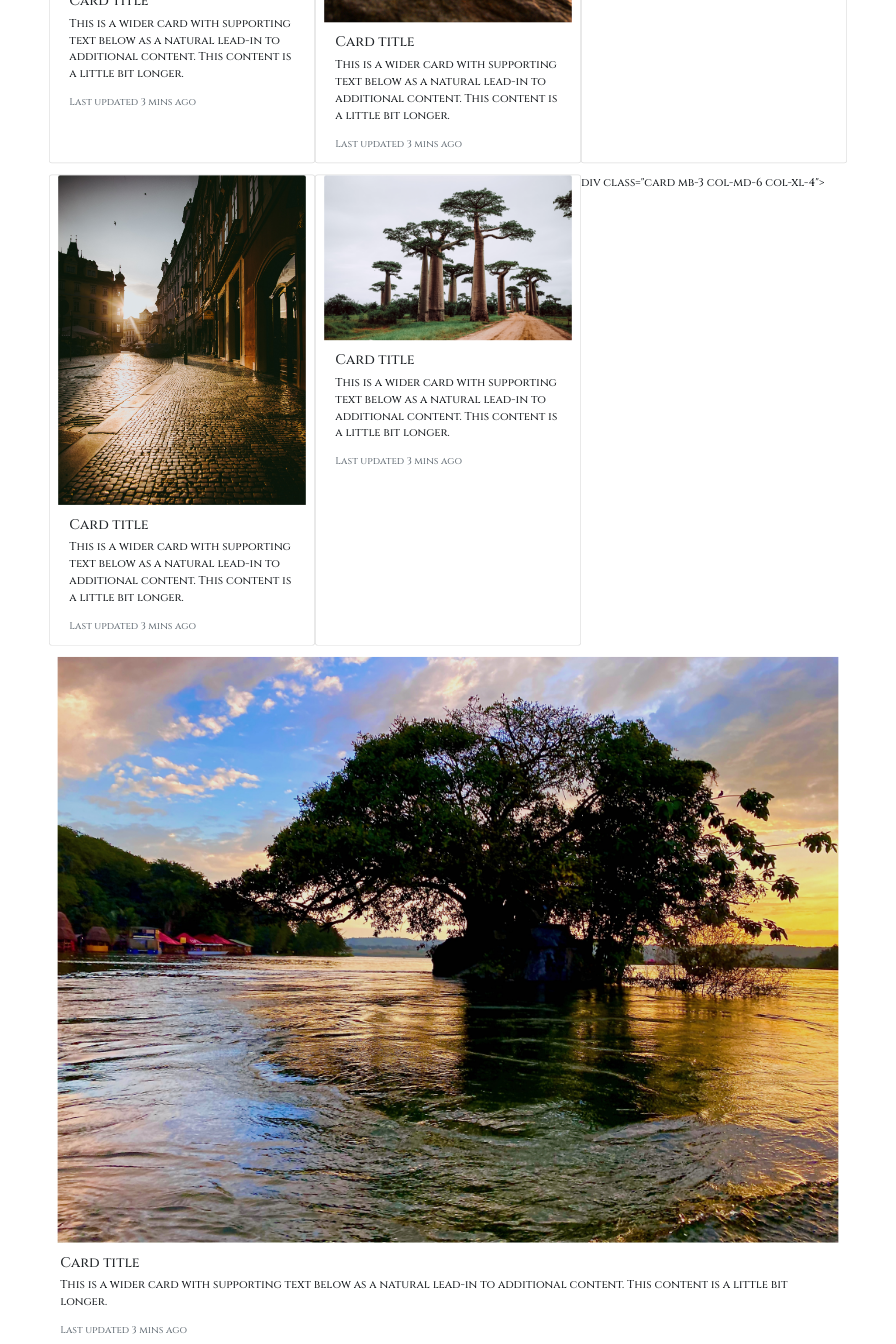
Repository: Elie-Dey/boot-start
Page: gallery.html
The author's editor kept a copy of each file at every save. The page is drawn from the files as they stood at one save, then again after the next save.
The browser window is 1280 px wide. The pictures show the part of the page from y = 685 to 2605 px (the page is 2906 px tall before and 1976 px after), at 70% of full size.
Some web fonts or font styles are not loaded; a fallback is used.

Above is the page before, as saved 2021-08-19 19:01:43.

### gallery.html
<!DOCTYPE html>
<html lang="en">
  <head>
    <meta charset="UTF-8" />
    <meta http-equiv="X-UA-Compatible" content="IE=edge" />
    <meta name="viewport" content="width=device-width, initial-scale=1.0" />
    <link rel="stylesheet" href="style.css" />
    <link rel="preconnect" href="https://fonts.googleapis.com" />
    <link rel="preconnect" href="https://fonts.gstatic.com" crossorigin />
    <link
      href="https://fonts.googleapis.com/css2?family=Cinzel:wght@500&family=Style+Script&display=swap"
      rel="stylesheet"
    />
    <link
      href="https://cdn.jsdelivr.net/npm/bootstrap@5.1.0/dist/css/bootstrap.min.css"
      rel="stylesheet"
      integrity="sha384-KyZXEAg3QhqLMpG8r+8fhAXLRk2vvoC2f3B09zVXn8CA5QIVfZOJ3BCsw2P0p/We"
      crossorigin="anonymous"
    />
    <title>Nature gallery</title>
  </head>
  <body>
    <div class="container">
      <h1 class="titre text-center pb-2 text-uppercase">
        Nature Feeling Gallery
      </h1>
      <!--bar de navigation -->
      <nav class="navbar navbar-expand-lg navbar-dark bg-black mb-3">
        <div class="container-fluid">
          <a class="navbar-brand" href="index.html">MON LOGO</a>
          <button
            class="navbar-toggler"
            type="button"
            data-bs-toggle="collapse"
            data-bs-target="#navbarSupportedContent"
            aria-controls="navbarSupportedContent"
            aria-expanded="false"
            aria-label="Toggle navigation"
          >
            <span class="navbar-toggler-icon"></span>
          </button>
          <div class="collapse navbar-collapse" id="navbarSupportedContent">
            <ul class="navbar-nav me-auto mb-2 mb-lg-0">
              <li class="nav-item">
                <a class="nav-link active" aria-current="page" href="#">Home</a>
              </li>
              <li class="nav-item">
                <a class="nav-link" href="#">Nature</a>
              </li>

              <li class="nav-item">
                <a class="nav-link" href="#" tabindex="-1" aria-disabled="true"
                  >About</a
                >
              </li>
            </ul>
            <form class="d-flex">
              <input
                class="form-control me-2"
                type="search"
                placeholder="Search"
                aria-label="Search"
              />
              <button class="btn btn-outline-success" type="submit">
                Search
              </button>
            </form>
          </div>
        </div>
      </nav>
      <!--bar de navigation -->

      <div class="row">
        <!--Images cards-->
        <div class="card mb-3 col-md-6 col-xl-4">
          <img
            src="images/ahmed-babiker-X8U9Hzxy7cE-unsplash.jpg"
            class="card-img-top"
            alt="..."
          />
          <div class="card-body">
            <h5 class="card-title">Card title</h5>
            <p class="card-text">
              This is a wider card with supporting text below as a natural
              lead-in to additional content. This content is a little bit
              longer.
            </p>
            <p class="card-text">
              <small class="text-muted">Last updated 3 mins ago</small>
            </p>
          </div>
        </div>
        <div class="card mb-3 col-md-6 col-xl-4">
          <img
            src="images/florian-wehde-_2ECGFr12LM-unsplash.jpg"
            class="card-img-top"
            alt="..."
          />
          <div class="card-body">
            <h5 class="card-title">Card title</h5>
            <p class="card-text">
              This is a wider card with supporting text below as a natural
              lead-in to additional content. This content is a little bit
              longer.
            </p>
            <p class="card-text">
              <small class="text-muted">Last updated 3 mins ago</small>
            </p>
          </div>
        </div>
        <div class="card mb-3 col-md-6 col-xl-4">
          <img
            src="images/vince-veras-4xzIo1d5esI-unsplash.jpg"
            class="card-img-top"
            alt="..."
          />
          <div class="card-body">
            <h5 class="card-title">Card title</h5>
            <p class="card-text">
              This is a wider card with supporting text below as a natural
              lead-in to additional content. This content is a little bit
              longer.
            </p>
            <p class="card-text">
              <small class="text-muted">Last updated 3 mins ago</small>
            </p>
          </div>
        </div>
        <div class="card mb-3 col-md-6 col-xl-4">
          <img
            src="images/kevin-andre-9Q1t_docbak-unsplash.jpg"
            class="card-img-top"
            alt="..."
          />
          <div class="card-body">
            <h5 class="card-title">Card title</h5>
            <p class="card-text">
              This is a wider card with supporting text below as a natural
              lead-in to additional content. This content is a little bit
              longer.
            </p>
            <p class="card-text">
              <small class="text-muted">Last updated 3 mins ago</small>
            </p>
          </div>
        </div>
        <div class="card mb-3 col-md-6 col-xl-4">
          <img
            src="images/graphic-node-yPSbirjJWzs-unsplash.jpg"
            class="card-img-top"
            alt="..."
          />
          <div class="card-body">
            <h5 class="card-title">Card title</h5>
            <p class="card-text">
              This is a wider card with supporting text below as a natural
              lead-in to additional content. This content is a little bit
              longer.
            </p>
            <p class="card-text">
              <small class="text-muted">Last updated 3 mins ago</small>
            </p>
          </div>
        </div>
div class="card mb-3 col-md-6 col-xl-4">
          <img
            src="images/melissa-askew-cs8Xa4t1hvc-unsplash.jpg"
            class="card-img-top"
            alt="..."
          />
          <div class="card-body">
            <h5 class="card-title">Card title</h5>
            <p class="card-text">
              This is a wider card with supporting text below as a natural
              lead-in to additional content. This content is a little bit
              longer.
            </p>
            <p class="card-text">
              <small class="text-muted">Last updated 3 mins ago</small>
            </p>
          </div>
        </div>

        <!--Images cards-->
      </div>
    </div>

    <!-- Footer -->
    <footer class="text-center text-lg-start bg-white text-muted">
      <!-- Section: Social media -->
      <section
        class="
          d-flex
          justify-content-center justify-content-lg-between
          p-4
          border-bottom
        "
      ></section>
      <!-- Section: Social media -->

      <!-- Section: Links  -->
      <section class="">
        <div class="container text-center text-md-start mt-5">
          <!-- Grid row -->
          <div class="row mt-3">
            <!-- Grid column -->
            <div class="col-md-3 col-lg-4 col-xl-3 mx-auto mb-4">
              <!-- Content -->
              <h6 class="text-uppercase fw-bold mb-4">
                <i class="fas fa-gem me-3"></i>Nature Feeling
              </h6>
              <p>We love nature.</p>
            </div>

            <!-- Grid column -->
            <div class="col-md-4 col-lg-3 col-xl-3 mx-auto mb-md-0 mb-4">
              <!-- Links -->
              <h6 class="text-uppercase fw-bold mb-4">Contact</h6>
              <p><i class="fas fa-home me-3"></i> Fontenay-sous-bois 94120</p>
              <p>
                <i class="fas fa-envelope me-3"></i>
                naturefeeling@contact.com
              </p>
            </div>
            <!-- Grid column -->
          </div>
          <!-- Grid row -->
        </div>
      </section>
      <!-- Section: Links  -->

      <!-- Copyright -->
      <div
        class="text-center p-4"
        style="background-color: rgba(0, 0, 0, 0.05)"
      >
        © 2021 Copyright:
        <a class="text-reset fw-bold" href="">Elie creation</a>
      </div>
      <!-- Copyright -->
    </footer>
    <!-- Footer -->

    <script
      src="https://cdn.jsdelivr.net/npm/bootstrap@5.1.0/dist/js/bootstrap.bundle.min.js"
      integrity="sha384-U1DAWAznBHeqEIlVSCgzq+c9gqGAJn5c/t99JyeKa9xxaYpSvHU5awsuZVVFIhvj"
      crossorigin="anonymous"
    ></script>
  </body>
</html>

### style.css
.titre {
  font-family: "Cinzel", serif;
  margin-top: 50px;
}

* {
  font-family: "Cinzel", serif;
}

After the next save:
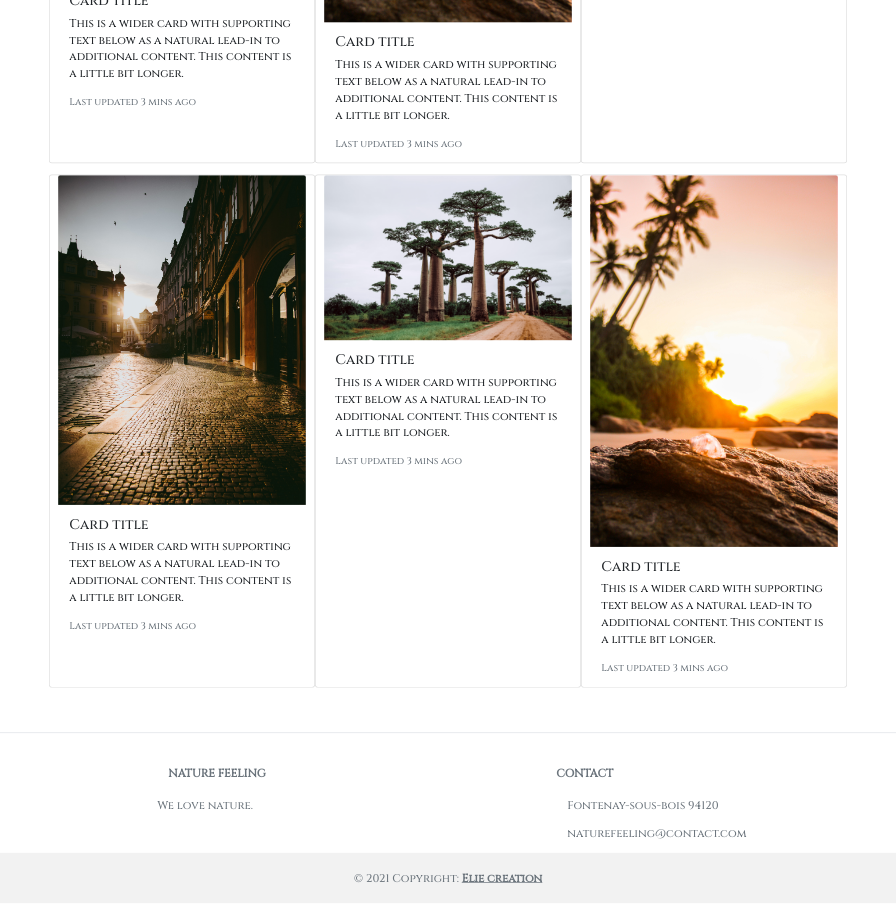
Saved 79 s later.
--- a/gallery.html
+++ b/gallery.html
@@ -162,25 +162,25 @@
             </p>
           </div>
         </div>
-div class="card mb-3 col-md-6 col-xl-4">
-          <img
-            src="images/melissa-askew-cs8Xa4t1hvc-unsplash.jpg"
-            class="card-img-top"
-            alt="..."
-          />
-          <div class="card-body">
-            <h5 class="card-title">Card title</h5>
-            <p class="card-text">
-              This is a wider card with supporting text below as a natural
-              lead-in to additional content. This content is a little bit
-              longer.
-            </p>
-            <p class="card-text">
-              <small class="text-muted">Last updated 3 mins ago</small>
-            </p>
-          </div>
-        </div>
-
+
+        <div class="card mb-3 col-md-6 col-xl-4">
+          <img
+            src="images/florian-wehde-_2ECGFr12LM-unsplash.jpg"
+            class="card-img-top"
+            alt="..."
+          />
+          <div class="card-body">
+            <h5 class="card-title">Card title</h5>
+            <p class="card-text">
+              This is a wider card with supporting text below as a natural
+              lead-in to additional content. This content is a little bit
+              longer.
+            </p>
+            <p class="card-text">
+              <small class="text-muted">Last updated 3 mins ago</small>
+            </p>
+          </div>
+        </div>
         <!--Images cards-->
       </div>
     </div>
